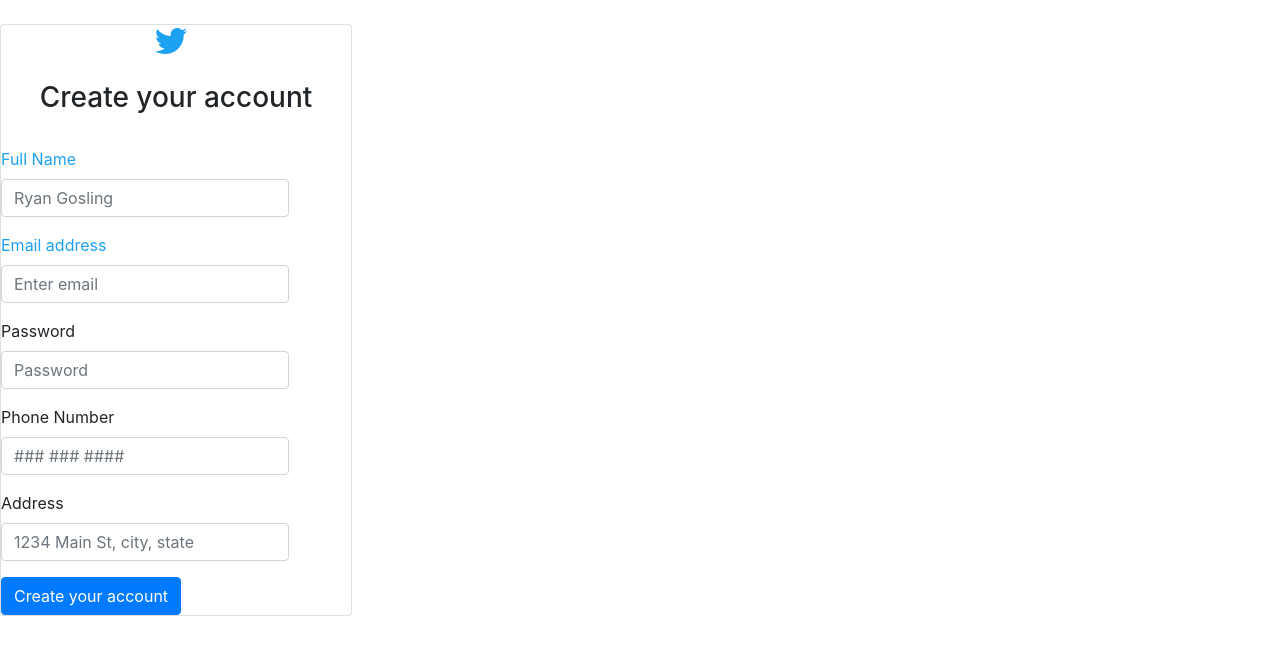
Repository: kavyashree088/AAKKS
Page: /Signup (app in Frontend/)
The author's editor kept a copy of each file at every save. The page is drawn from the files as they stood at one save, then again after the next save.
The browser window is 1280 px wide. The pictures show the whole page.
Some web libraries are served in a nearby version. The project was rebuilt for these pictures with package versions that can differ from the ones it lists, and the page was loaded fresh each time. Also part of the build but not shown: Frontend/src/CSS/navbar.css, Frontend/src/Components/Home.js, Frontend/src/CSS/LandingPage.css, Frontend/src/Components/LandingPage/LandingPage.js.

Above is the page before, as saved 2019-11-16 14:45:17.

After the next save:
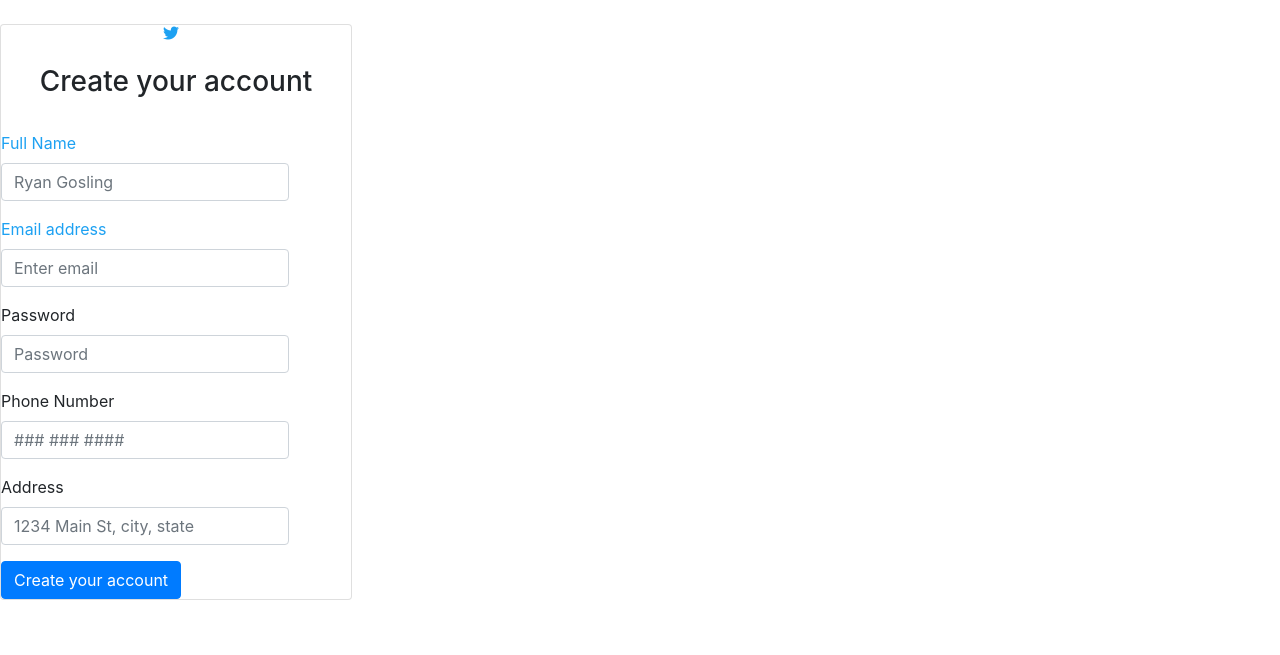
Saved 2 min 50 s later.
--- a/Frontend/src/Components/LandingPage/Signup.js
+++ b/Frontend/src/Components/LandingPage/Signup.js
@@ -116,7 +116,7 @@
 
                     <span className="fab fa-twitter" style={{
                         marginRight: "10px",
-                        fontSize: "2rem",
+                        fontSize: "1rem",
                         color: "rgba(29,161,242,1.00)"
                     }}></span>
                     <br></br>
